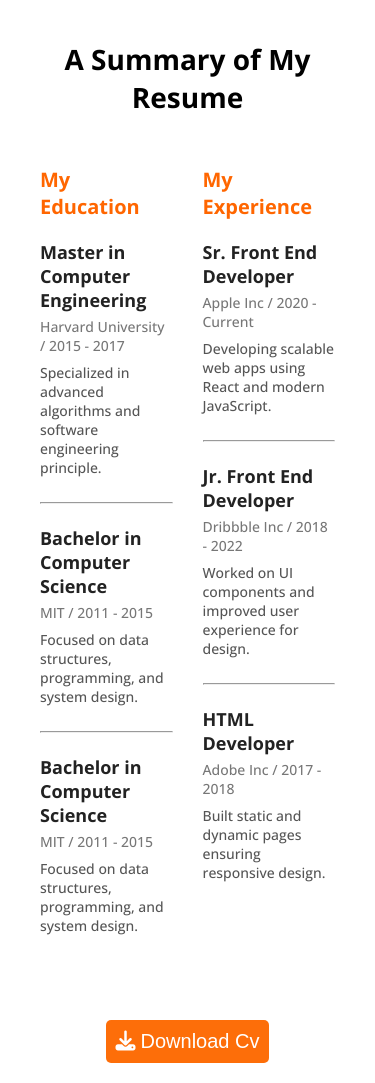
Repository: nahid-hasann/website-1
Page: index.html
The author's editor kept a copy of each file at every save. The page is drawn from the files as they stood at one save, then again after a run of saves.
The browser window is 375 px wide. The pictures show the whole page.

Above is the page before, as saved 2025-07-16 11:25:34.

After the next 3 saves:
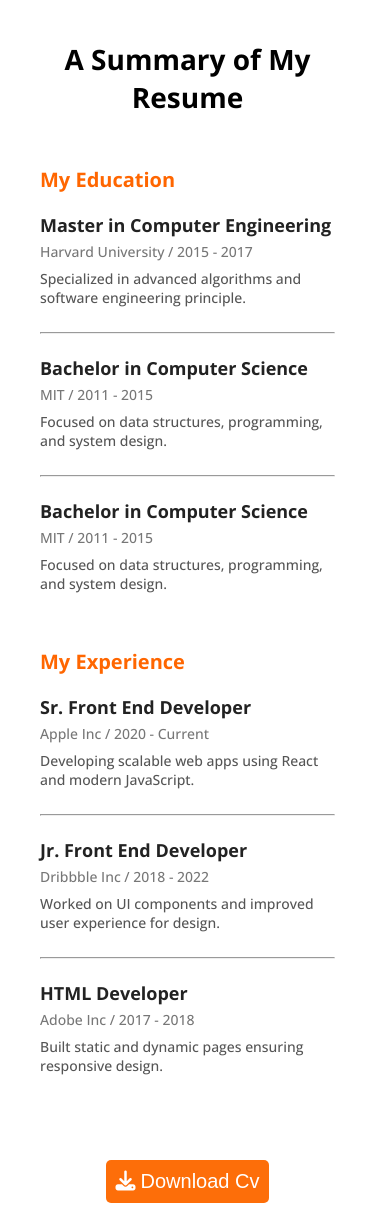
The 3 saves are shown as one change because they came seconds apart.
The last was saved 9 s later.
--- a/style.css
+++ b/style.css
@@ -332,6 +332,6 @@
     }
 
     .grid{
-
-    }
-}
+        grid-template-columns: 1fr;
+    }
+}
